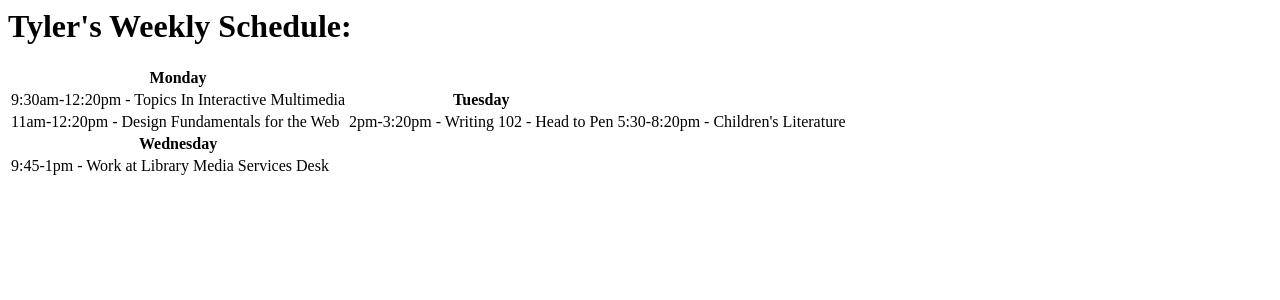
Repository: getzt1/web-design-class
Page: web pages/personal-site/index.html
The author's editor kept a record of every edit. The page is drawn from the files as they stood at one moment, then again after the next edit.
The browser window is 1280 px wide. The pictures show the whole page.

Above is the page before.

After the next edit:
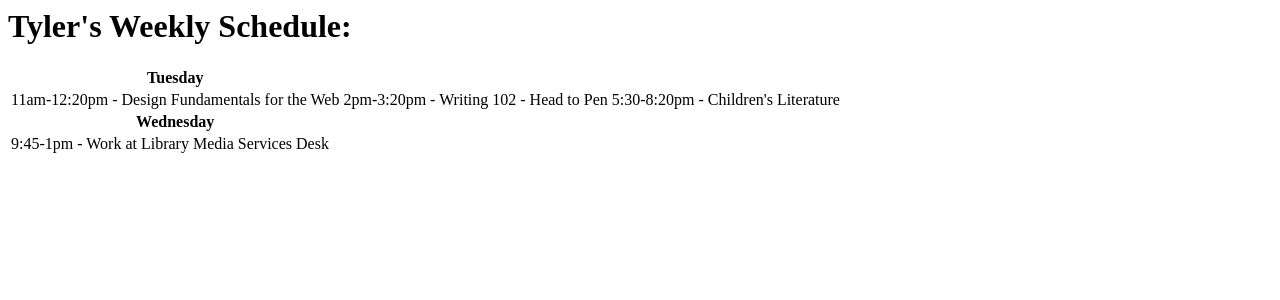
The edit:
--- a/web pages/personal-site/index.html
+++ b/web pages/personal-site/index.html
@@ -6,10 +6,7 @@
 
 <body>
      <table>
-            <tc>
-            <th scope="col">Monday</th>
-           <tr> <td>9:30am-12:20pm - Topics In Interactive Multimedia</td>
-
+            <tc></tc>
             <th scope="col">Tuesday</th>
             <tr> <td>11am-12:20pm - Design Fundamentals for the Web</td>
             <td>2pm-3:20pm - Writing 102 - Head to Pen</td>
